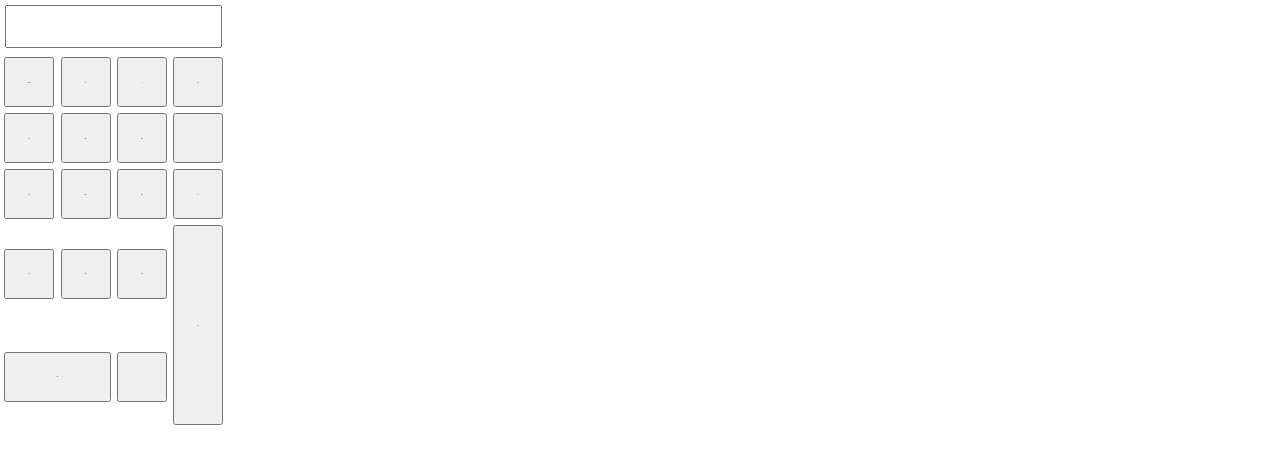
Repository: lacey-crenshaw/calculator
Page: index.html
The author's editor kept a copy of each file at every save. The page is drawn from the files as they stood at one save, then again after the next save.
The browser window is 1280 px wide. The pictures show the whole page.

Above is the page before, as saved 2020-02-14 09:46:52.

After the next save:
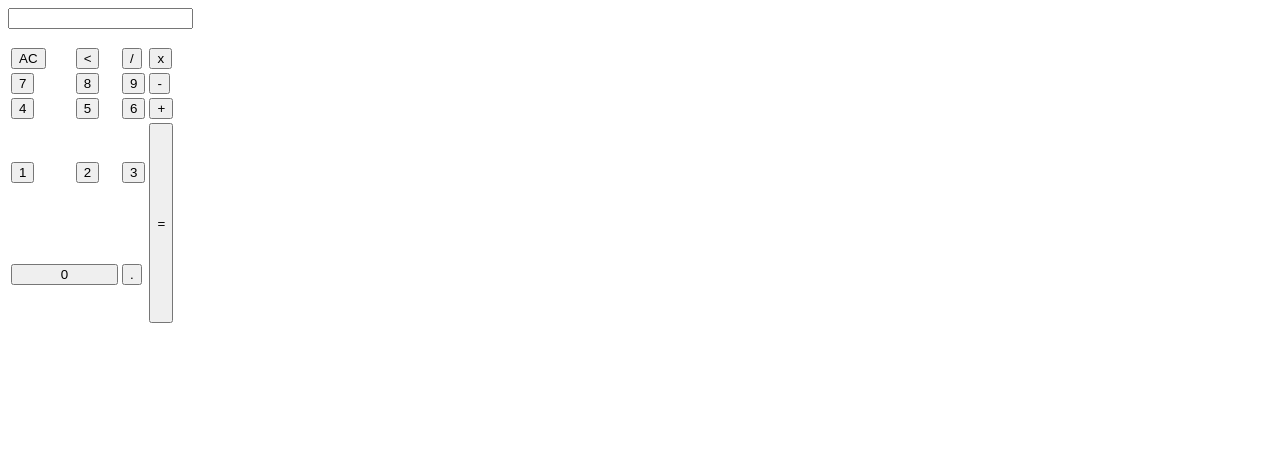
Saved 7 s later.
--- a/index.html
+++ b/index.html
@@ -21,33 +21,6 @@
                 document.form.textview.value = exp.substring(0, exp.length -1);
             }
         </script>
-        <style>
-            *{
-                margin:0;
-                padding:0;
-            }
-
-            .button {
-                width: 50;
-                height: 50;
-                font-size: 2.5;
-                margin: 2;
-                cursor: pointer;
-            }
-
-            .textview {
-                width: 217;
-                margin: 5;
-                font-size: 25;
-                padding: 5;
-            }
-
-            .main {
-                position: absolute;
-                top:
-            }
-
-        </style>
     </head>
     <body>
         <div class="main">

After the save that followed:
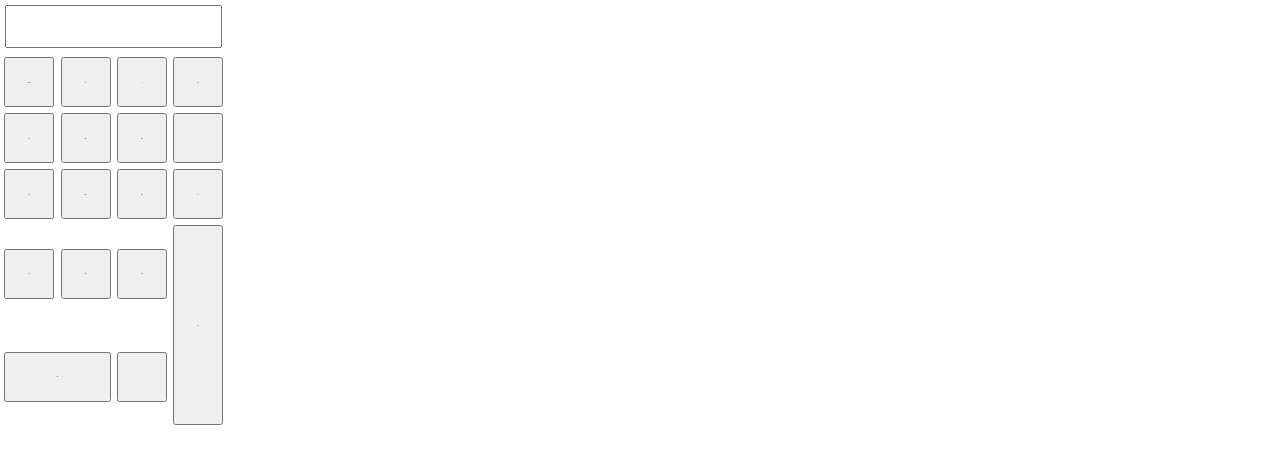
Saved 26 s later.
--- a/index.html
+++ b/index.html
@@ -1,5 +1,6 @@
 <html>
     <head>
+        <link rel="stylesheet" href="style.css">
         <script>
             function insert(num){
                 document.form.textview.value = document.form.textview.value+num
